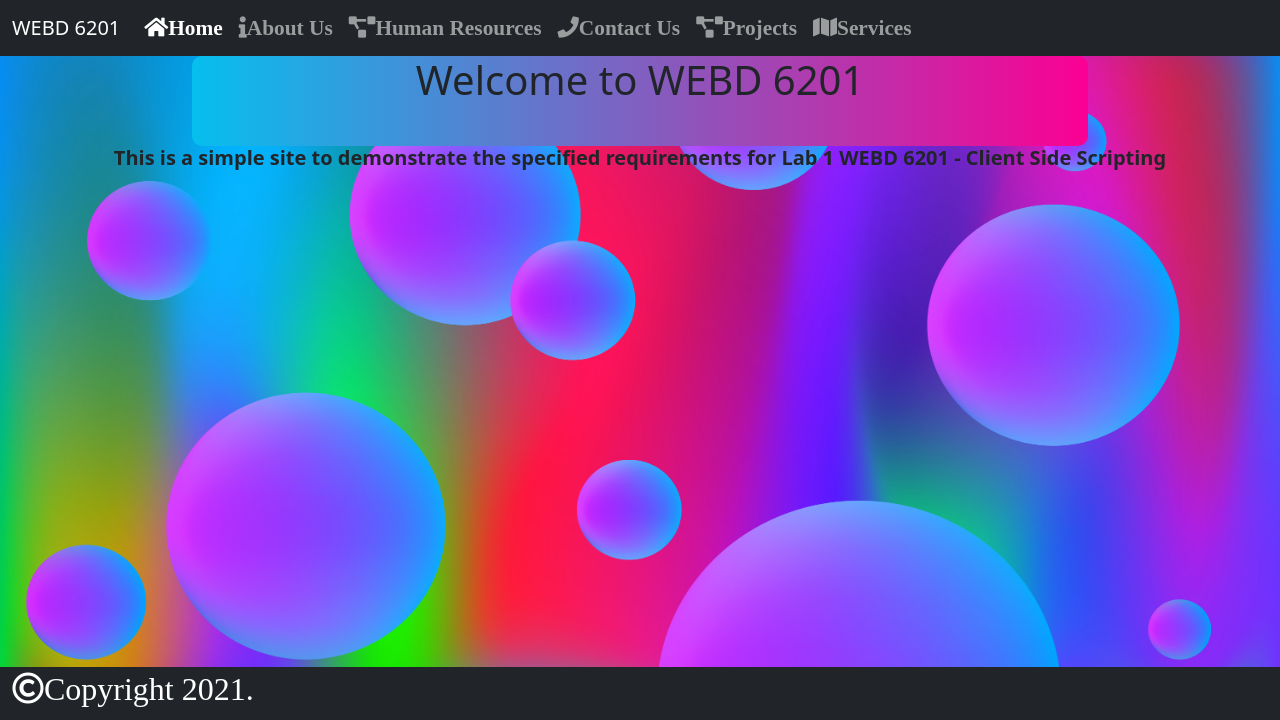
Repository: vans12345678/WEBD6201-W2021-Lab1
Page: index.html
The author's editor kept a copy of each file at every save. The page is drawn from the files as they stood at one save, then again after a run of saves.
The browser window is 1280 px wide. The pictures show the whole page.

Above is the page before, as saved 2021-02-04 18:53:22.

After the next 2 saves:
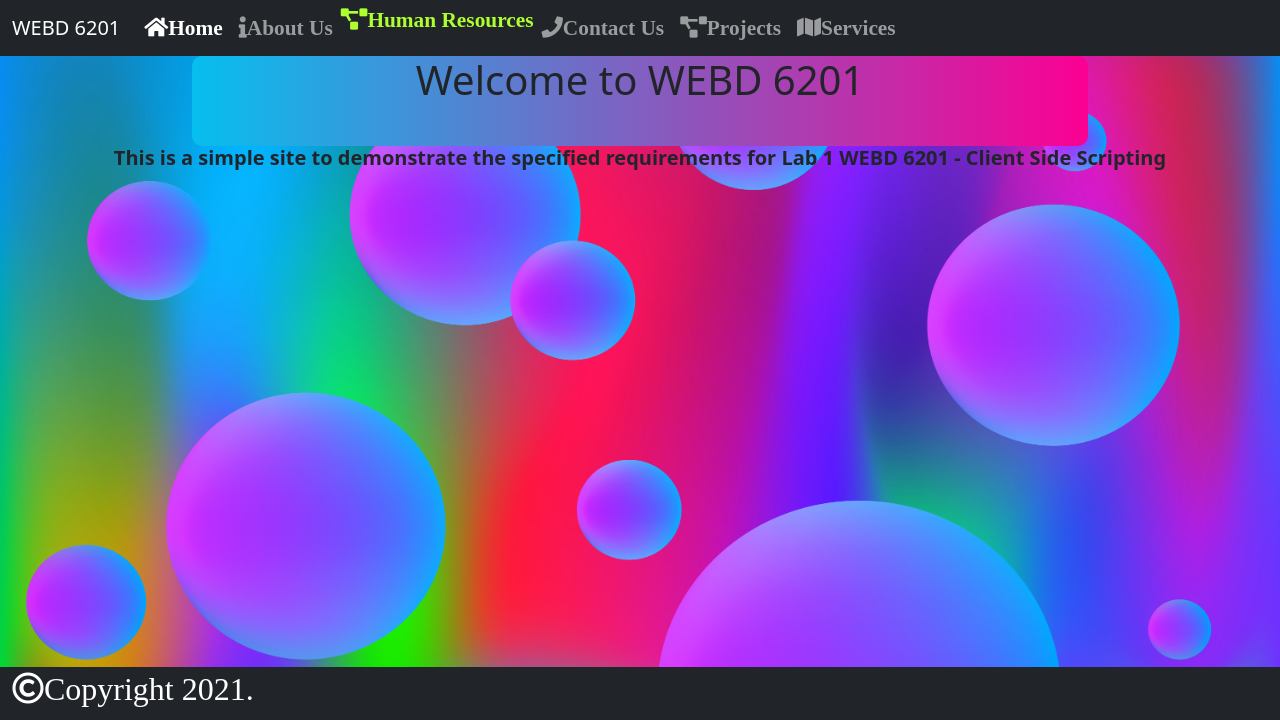
The 2 saves are shown as one change because they came seconds apart.
The last was saved 3 min 30 s later.
--- a/Scripts/app.js
+++ b/Scripts/app.js
@@ -20,15 +20,16 @@
 
         let navAboutElement = document.getElementById("navAbout");
         let hrListItem = document.createElement("li");
-        hrListItem.setAttribute("id", "navHumanResources");
+        hrListItem.setAttribute("id", "liHumanResources");
         hrListItem.setAttribute("class", "nav-item");
+        let navbar = document.getElementById("ulNav").appendChild(hrListItem);
+        hrListItem.innerHTML = `<a id = "aHumanResources" class="nav-link" aria-current="page" href="human-resources.html">
+        <i id ="navHumanResources" class ="fas fa-project-diagram fa-lg">Human Resources</i></a>`;
         if(document.title = "Human Resources"){
-            hrListItem.setAttribute("class", "active");
+            let aHumanResources = document.getElementById("aHumanResources");
+            aHumanResources.setAttribute("class", "active");
         }
-        let navbar = document.getElementById("ulNav").appendChild(hrListItem);
-
-        hrListItem.innerHTML = `<a class="nav-link" aria-current="page" href="human-resources.html">
-        <i id ="navHumanResources" class ="fas fa-project-diagram fa-lg">Human Resources</i></a>`;
+
         navAboutElement.after(hrListItem);
 
         navTextElement = document.getElementById("navContact").textContent = "Contact Us";
